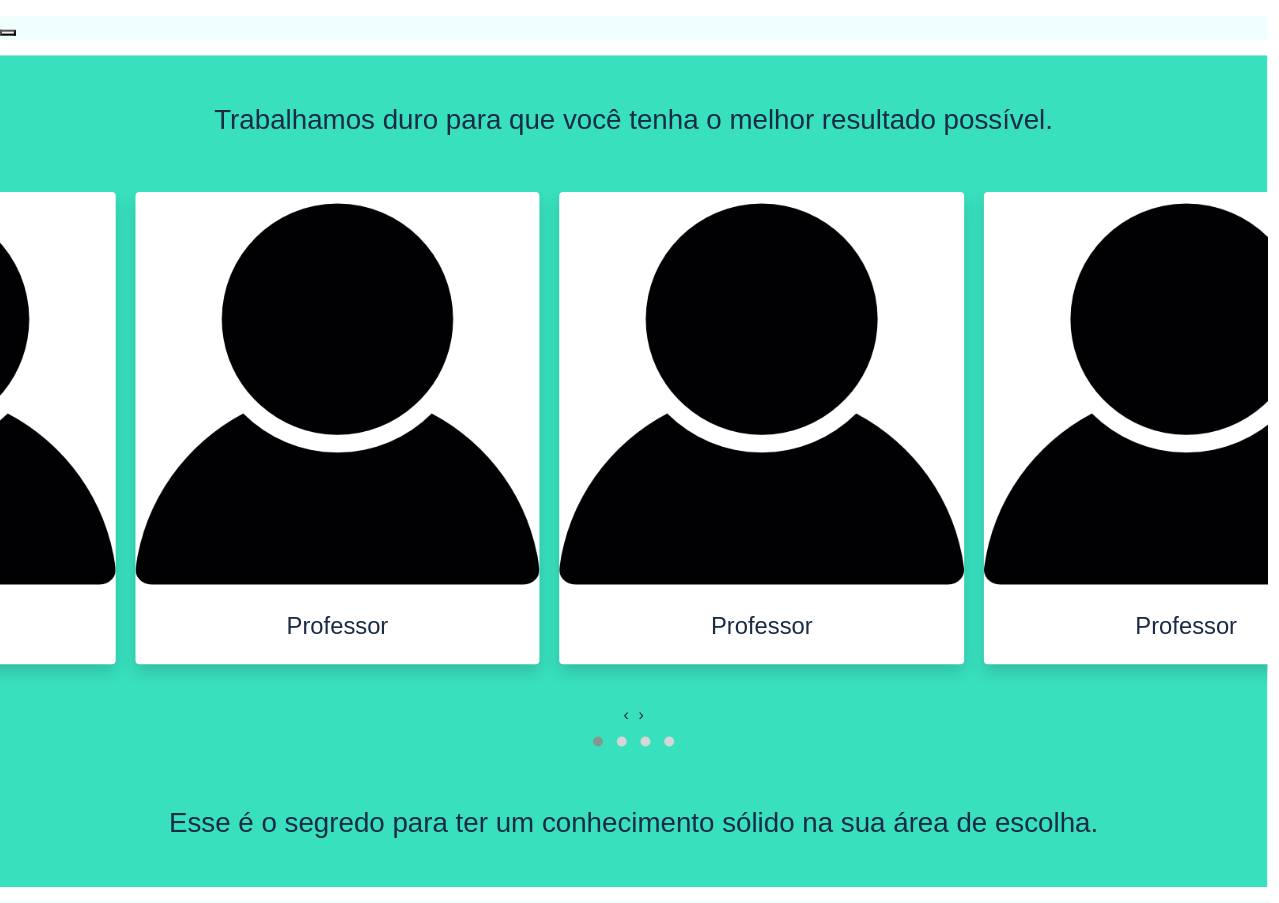
Repository: MarTech-Coders-Planejamento/site-oficial
Page: home.html
The author's editor kept a copy of each file at every save. The page is drawn from the files as they stood at one save, then again after the next save.
The browser window is 1280 px wide. The page is 1292 px wide, so the pictures cover 1292 px, including what lies to the right of the window. The pictures show the whole page, at 99% of full size.
Some web fonts or font styles are not loaded; a fallback is used.

Above is the page before, as saved 2021-10-23 00:13:41.

### home.html
<!DOCTYPE html>
<html lang="pt-BR">
  <head>
    <meta charset="UTF-8" />
    <meta http-equiv="X-UA-Compatible" content="IE=edge" />
    <meta name="viewport" content="width=device-width, initial-scale=1.0" />
    <!--Fonts Google-->
    <link
      href="https://fonts.googleapis.com/css2?family=Tomorrow:wght@300;400;700&display=swap"
      rel="stylesheet"
    />

    <!-- Bootstrap CSS -->
    <link
      href="https://cdn.jsdelivr.net/npm/bootstrap@5.1.2/dist/css/bootstrap.min.css"
      rel="stylesheet"
      integrity="sha384-uWxY/CJNBR+1zjPWmfnSnVxwRheevXITnMqoEIeG1LJrdI0GlVs/9cVSyPYXdcSF"
      crossorigin="anonymous"
    />

    <!-- Styles -->
    <link rel="stylesheet" href="./css/home.css" />
    <link
      rel="stylesheet"
      href="https://cdnjs.cloudflare.com/ajax/libs/OwlCarousel2/2.3.4/assets/owl.carousel.min.css"
      integrity="sha512-tS3S5qG0BlhnQROyJXvNjeEM4UpMXHrQfTGmbQ1gKmelCxlSEBUaxhRBj/EFTzpbP4RVSrpEikbmdJobCvhE3g=="
      crossorigin="anonymous"
    />
    <link
      rel="stylesheet"
      href="https://cdnjs.cloudflare.com/ajax/libs/OwlCarousel2/2.3.4/assets/owl.theme.default.min.css"
      integrity="sha512-sMXtMNL1zRzolHYKEujM2AqCLUR9F2C4/05cdbxjjLSRvMQIciEPCQZo++nk7go3BtSuK9kfa/s+a4f4i5pLkw=="
      crossorigin="anonymous"
    />

    <title>Home</title>
  </head>
  <body>
    <div class="container-fluid">
      <!--cabeçalho fluido-->
      <header>
        <nav></nav>
      </header>
      <main>
        <section class="bg-one">
          <!--dobra1-->
          <article>
            <header></header>
            <h1></h1>
            <p></p>
            <figure></figure>
            <button></button>
          </article>
        </section>
        <section class="bg-two">
          <!--dobra2-->
          <article>
            <h2></h2>
            <p></p>
            <figure></figure>
          </article>
        </section>
        <section class="bg-one">
          <!--dobra3-->
          <article>
            <header></header>
            <p></p>
            <figure></figure>
          </article>
        </section>
        <section class="bg-two">
          <!--dobra4-->
          <p class='h3 p-5 text-center'>
            Trabalhamos duro para que você tenha o melhor resultado possível.
          </p>
          <div class="row justify-content-center">
            <div id='slider-container' class="col-12">
              <div class="owl-carousel owl-theme">
                <div class="item mb-4">
                  <div class="card border-0 shadow">
                    <img src="/image/person.png" alt="" class="card-img-top img-fluid" />
                    <div class="card-body">
                      <div class="card-title text-center">
                        <h4>Professor</h4>
                      </div>
                    </div>
                  </div>
                </div>

                <div class="item">
                  <div class="card border-0 shadow">
                    <img src="/image/person.png" alt="" class="card-img-top img-fluid" />
                    <div class="card-body">
                      <div class="card-title text-center">
                        <h4>Professor</h4>
                      </div>
                    </div>
                  </div>
                </div>
                <div class="item">
                  <div class="card border-0 shadow">
                    <img src="/image/person.png" alt="" class="card-img-top img-fluid" />
                    <div class="card-body">
                      <div class="card-title text-center">
                        <h4>Professor</h4>
                      </div>
                    </div>
                  </div>
                </div>
                <div class="item">
                  <div class="card border-0 shadow">
                    <img src="/image/person.png" alt="" class="card-img-top img-fluid" />
                    <div class="card-body">
                      <div class="card-title text-center">
                        <h4>Professor</h4>
                      </div>
                    </div>
                  </div>
                </div>
                <div class="item">
                  <div class="card border-0 shadow">
                    <img src="/image/person.png" alt="" class="card-img-top img-fluid" />
                    <div class="card-body">
                      <div class="card-title text-center">
                        <h4>Professor</h4>
                      </div>
                    </div>
                  </div>
                </div>
                <div class="item">
                  <div class="card border-0 shadow">
                    <img src="/image/person.png" alt="" class="card-img-top img-fluid" />
                    <div class="card-body">
                      <div class="card-title text-center">
                        <h4>Professor</h4>
                      </div>
                    </div>
                  </div>
                </div>
                <div class="item">
                  <div class="card border-0 shadow">
                    <img src="/image/person.png" alt="" class="card-img-top img-fluid" />
                    <div class="card-body">
                      <div class="card-title text-center">
                        <h4>Professor</h4>
                      </div>
                    </div>
                  </div>
                </div>
                <div class="item">
                  <div class="card border-0 shadow">
                    <img src="/image/person.png" alt="" class="card-img-top img-fluid" />
                    <div class="card-body">
                      <div class="card-title text-center">
                        <h4>Professor</h4>
                      </div>
                    </div>
                  </div>
                </div>
                <div class="item">
                  <div class="card border-0 shadow">
                    <img src="/image/person.png" alt="" class="card-img-top img-fluid" />
                    <div class="card-body">
                      <div class="card-title text-center">
                        <h4>Professor</h4>
                      </div>
                    </div>
                  </div>
                </div>
                <div class="item">
                  <div class="card border-0 shadow">
                    <img src="/image/person.png" alt="" class="card-img-top img-fluid" />
                    <div class="card-body">
                      <div class="card-title text-center">
                        <h4>Professor</h4>
                      </div>
                    </div>
                  </div>
                </div>
                <div class="item">
                  <div class="card border-0 shadow">
                    <img src="/image/person.png" alt="" class="card-img-top img-fluid" />
                    <div class="card-body">
                      <div class="card-title text-center">
                        <h4>Professor</h4>
                      </div>
                    </div>
                  </div>
                </div>
                <div class="item">
                  <div class="card border-0 shadow">
                    <img src="/image/person.png" alt="" class="card-img-top img-fluid" />
                    <div class="card-body">
                      <div class="card-title text-center">
                        <h4>Professor</h4>
                      </div>
                    </div>
                  </div>
                </div>
              </div>
            </div>
          </div>
          <p class='h3 p-5 text-center'>
            Esse é o segredo para ter um conhecimento sólido na sua área de
            escolha.
          </p>
        </section>
      </main>

      <footer class="bg-one">
        <!--footer-->
        <article></article>
        <p></p>
      </footer>
    </div>

    <!-- Owl Carousel -->

    <script src="https://cdnjs.cloudflare.com/ajax/libs/jquery/3.6.0/jquery.min.js"></script>

    <!-- Bootstrap Bundle javascript -->
    <script
      src="https://cdn.jsdelivr.net/npm/bootstrap@5.1.2/dist/js/bootstrap.bundle.min.js"
      integrity="sha384-kQtW33rZJAHjgefvhyyzcGF3C5TFyBQBA13V1RKPf4uH+bwyzQxZ6CmMZHmNBEfJ"
      crossorigin="anonymous"
    ></script>

    <!-- Owl Carousel -->

    <script
      src="https://cdnjs.cloudflare.com/ajax/libs/OwlCarousel2/2.3.4/owl.carousel.min.js"
      integrity="sha512-bPs7Ae6pVvhOSiIcyUClR7/q2OAsRiovw4vAkX+zJbw3ShAeeqezq50RIIcIURq7Oa20rW2n2q+fyXBNcU9lrw=="
      crossorigin="anonymous"
    ></script>

    <!-- Slider -->

    <script>
      $(".owl-carousel").owlCarousel({
        loop: true,
        autoplay: true,
        stagePadding: 7,
        margin: 20,
        animateOut: "fadeOut",
        animateIn: "fadeIn",
        nav: true,
        autoplayHoverPause: true,
        responsive: {
          0: {
            items: 1,
            nav:false
          },
          600: {
            items: 2,
            nav:false,
          },
          1000: {
            items: 3,
            nav: true,
            loop: false
          },
        },
      });
    </script>
  </body>
</html>

### css/home.css
:root {
  --bg: #effffe;
  --bg2: #38e0be;
  --texto: #1a2b46;
}
* {
  font-family: "Tomorrow", sans-serif;
}

.container-fluid {
  padding-right: 0;
  padding-left: 0;
  margin-right: auto;
  margin-left: auto;
}

.bg-one {
  background-color: var(--bg);
  color: var(--texto);
}
.bg-two {
  background-color: var(--bg2);
  color: var(--texto);
}

/* Slider Container*/

.item img{
  width: 300px;
}

.owl-stage{
  padding: 0 !important;
}

After the next save:
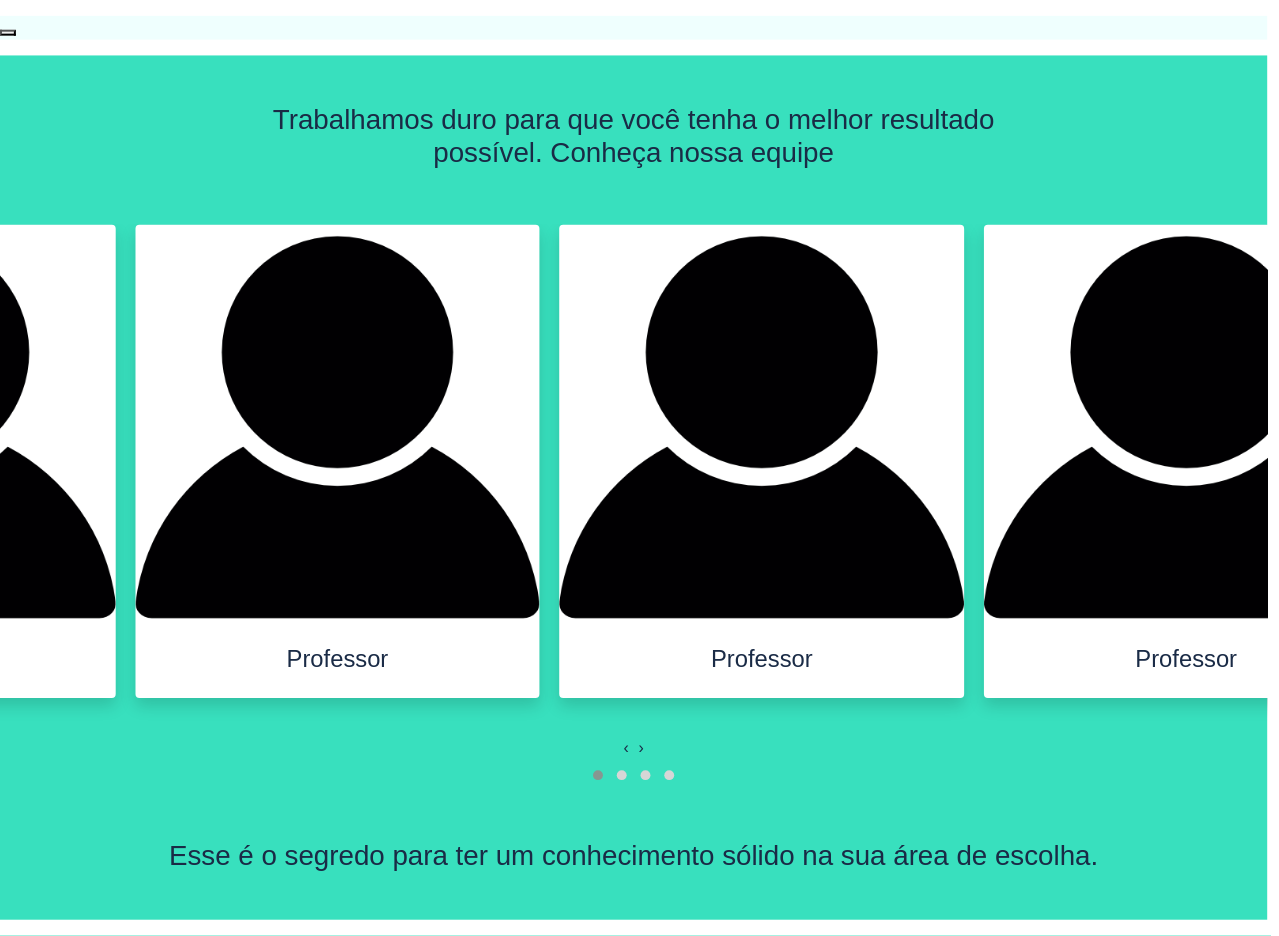
Saved 8 min 59 s later.
--- a/home.html
+++ b/home.html
@@ -71,7 +71,7 @@
         <section class="bg-two">
           <!--dobra4-->
           <p class='h3 p-5 text-center'>
-            Trabalhamos duro para que você tenha o melhor resultado possível.
+            Trabalhamos duro para que você tenha o melhor resultado <br> possível. Conheça nossa equipe
           </p>
           <div class="row justify-content-center">
             <div id='slider-container' class="col-12">
